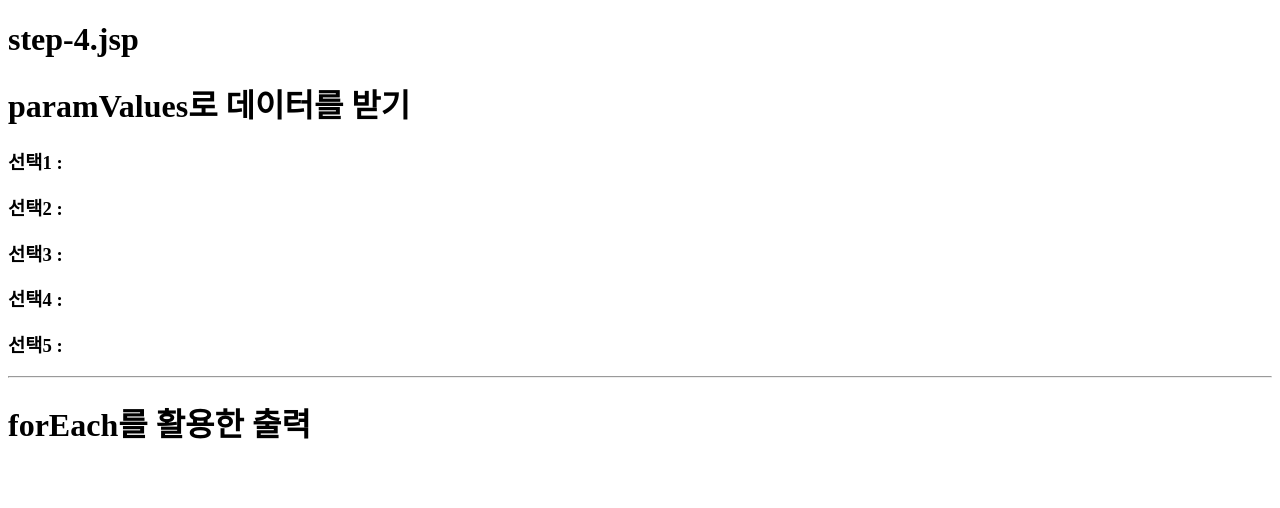
Repository: dtkd19/jsp-jstl_241021
Page: http://localhost/jstl_study/step-4.jsp
These files come from the project's save history. The page is drawn as it stood at one moment and after the next save; the edit follows.
The browser window is 1280 px wide. The pictures show the whole page.
The page is served by Tomcat 9. Other server files are loaded and not shown.

Above is the page before, as saved 2024-10-21 04:11:26.

### jstl_study/src/main/webapp/step-4.jsp
<%@ page language="java" contentType="text/html; charset=UTF-8"
    pageEncoding="UTF-8"%>
     <%@ taglib uri="http://java.sun.com/jsp/jstl/core"  prefix="c"%>
<!DOCTYPE html>
<html>
<head>
<meta charset="UTF-8">
<title>Insert title here</title>
</head>
<body>
	<h1>step-4.jsp</h1>

	<h1>paramValues로 데이터를 받기</h1>
	<h3>선택1 : ${paramValues.food[0] }</h3>
	<h3>선택2 : ${paramValues.food[1] }</h3>
	<h3>선택3 : ${paramValues.food[2] }</h3>
	<h3>선택4 : ${paramValues.food[3] }</h3>
	<h3>선택5 : ${paramValues.food[4] }</h3>
	<hr>

	<!-- c:forEach items="반복할 배열/컬렉션" var="저장값" varStatus="index" -->
	<!-- varStatus : index(번지 0부터시작) , count(개수 1부터시작) -->
	<h1>forEach를 활용한 출력</h1>
	<c:forEach items="${paramValues.food }" var="f" varStatus="i">
		<h3>선택${i.count } : ${f } </h3>
	</c:forEach>



</body>
</html>

After the next save:
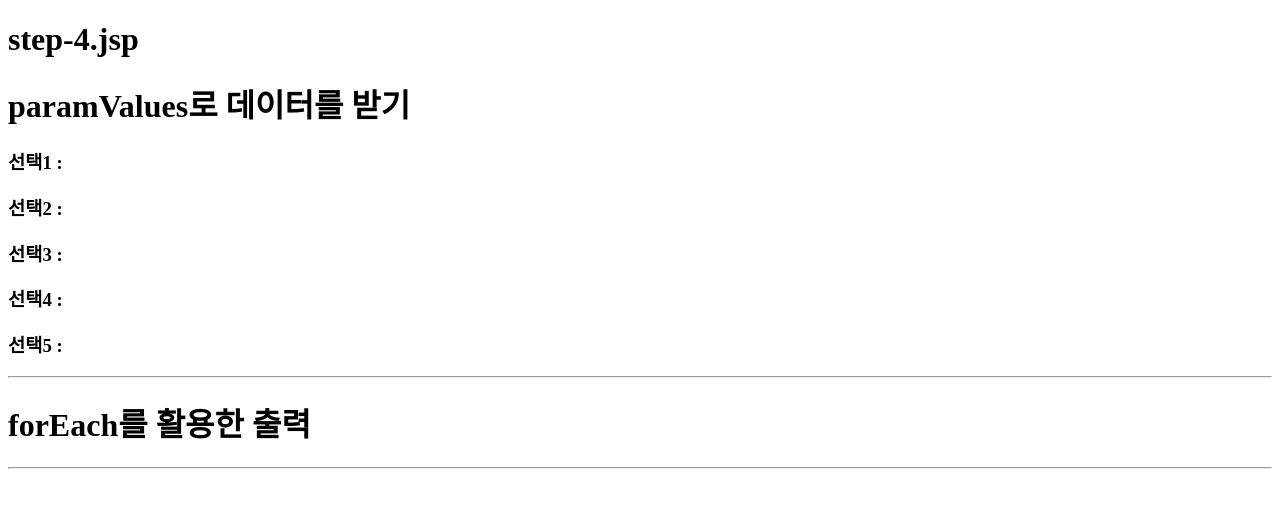
Saved 81 min 52 s later.
--- a/jstl_study/src/main/webapp/step-4.jsp
+++ b/jstl_study/src/main/webapp/step-4.jsp
@@ -25,6 +25,33 @@
 		<h3>선택${i.count } : ${f } </h3>
 	</c:forEach>
 
+	<hr>
+
+	<%
+		String friends[] = {"삼겹살", "족발", "소주", "맥주"};
+		// java Controller 에서 jsp로 데이터를 보낼때
+		request.setAttribute("firend", friends);
+
+
+
+
+
+
+
+
+	%>
+
+
+
+
+
+
+
+
+
+
+
+
 
 
 </body>
